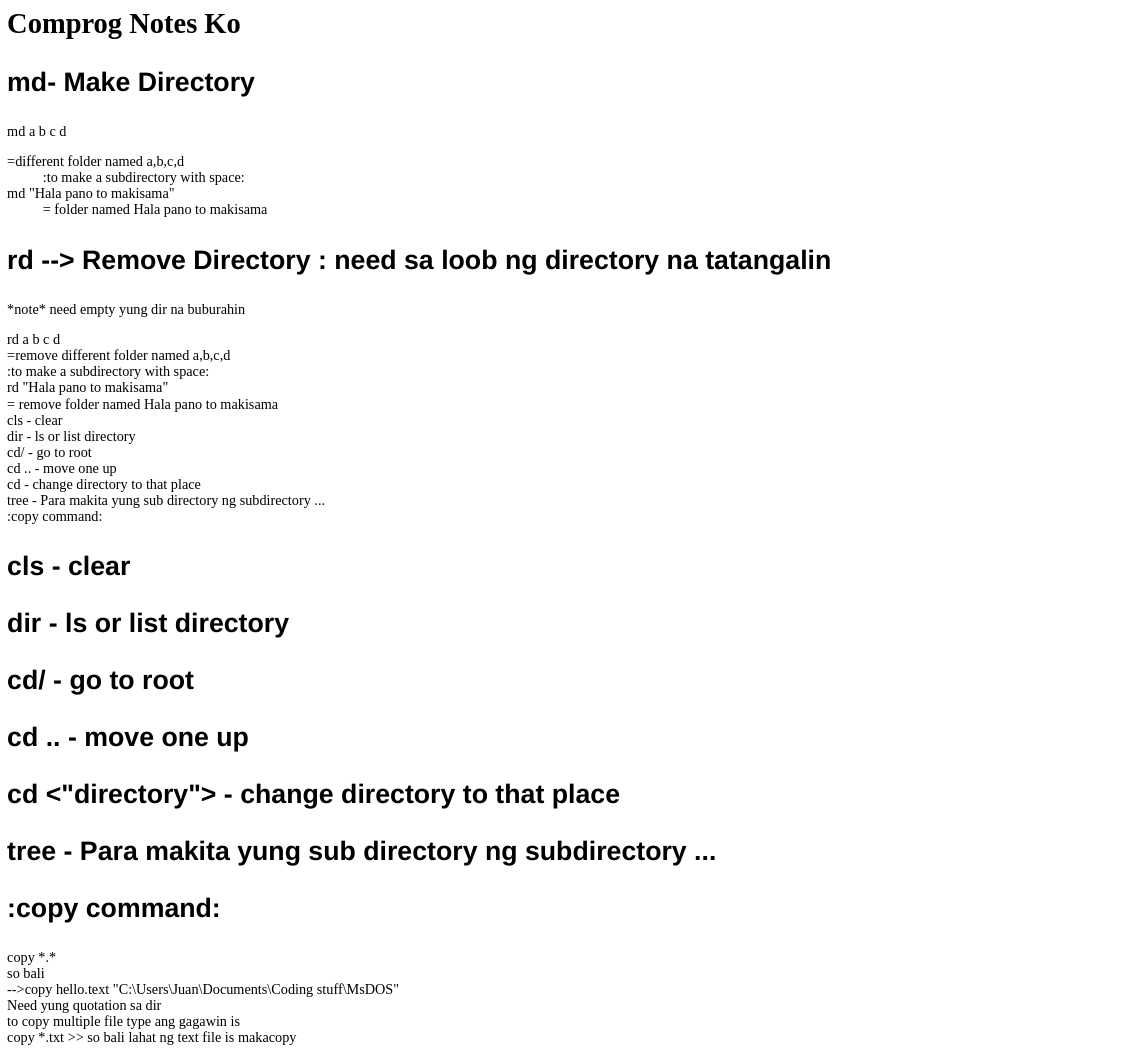
Repository: zwainer/Comprog
Page: index.html
The author's editor kept a copy of each file at every save. The page is drawn from the files as they stood at one save, then again after the next save.
The browser window is 1280 px wide. The pictures show the whole page, at 89% of full size.

Above is the page before, as saved 2023-05-05 22:19:04.

After the next save:
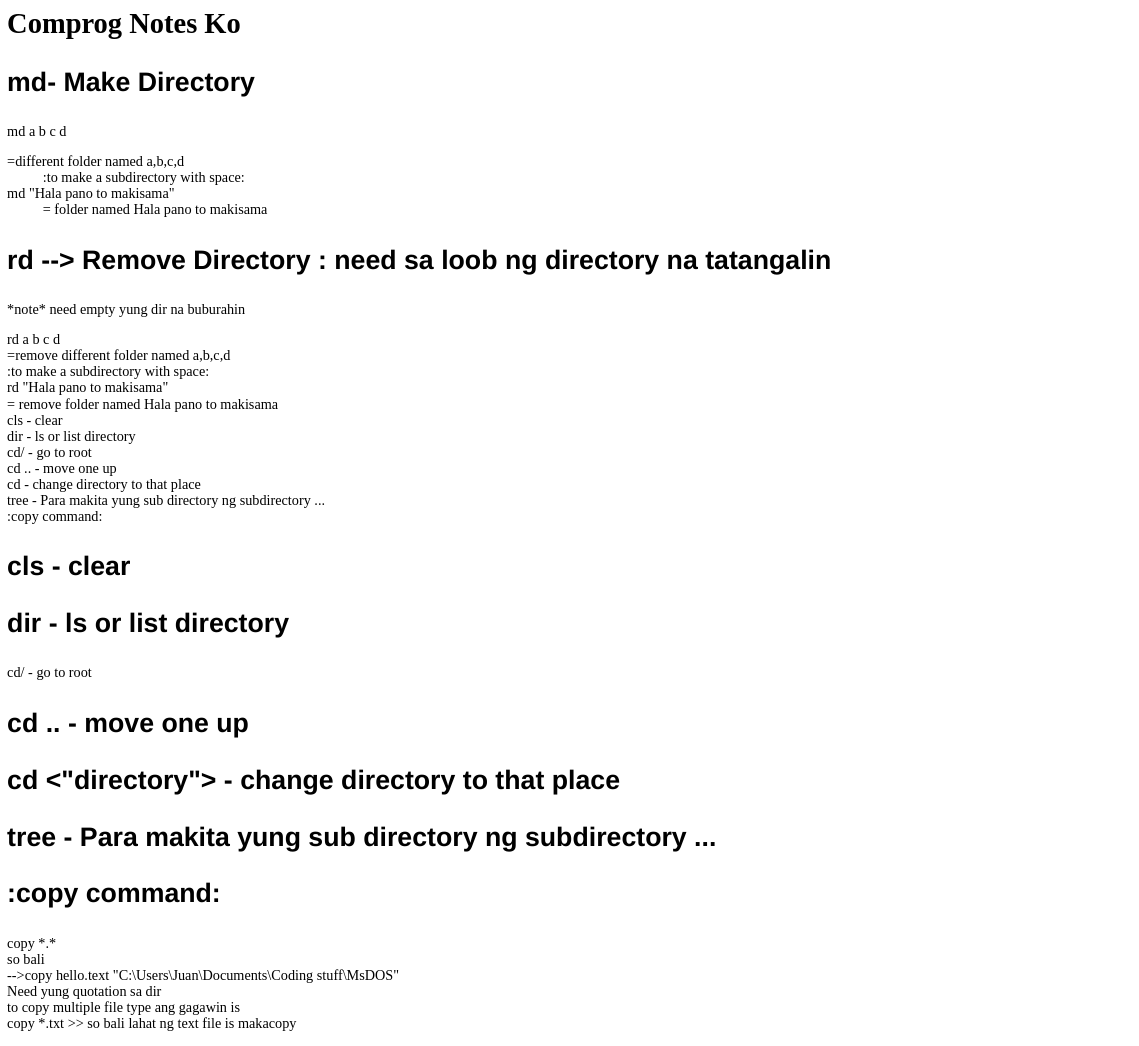
Saved 24 s later.
--- a/index.html
+++ b/index.html
@@ -58,7 +58,7 @@
 
 <p class="StartCommand">dir - ls or list directory<br/></p>
 
-<p class="StartCommand">cd/ - go to root<br/></p>
+<p >cd/ - go to root<br/></p>
 
 <p class="StartCommand">cd .. - move one up<br/></p>
 

After the save that followed:
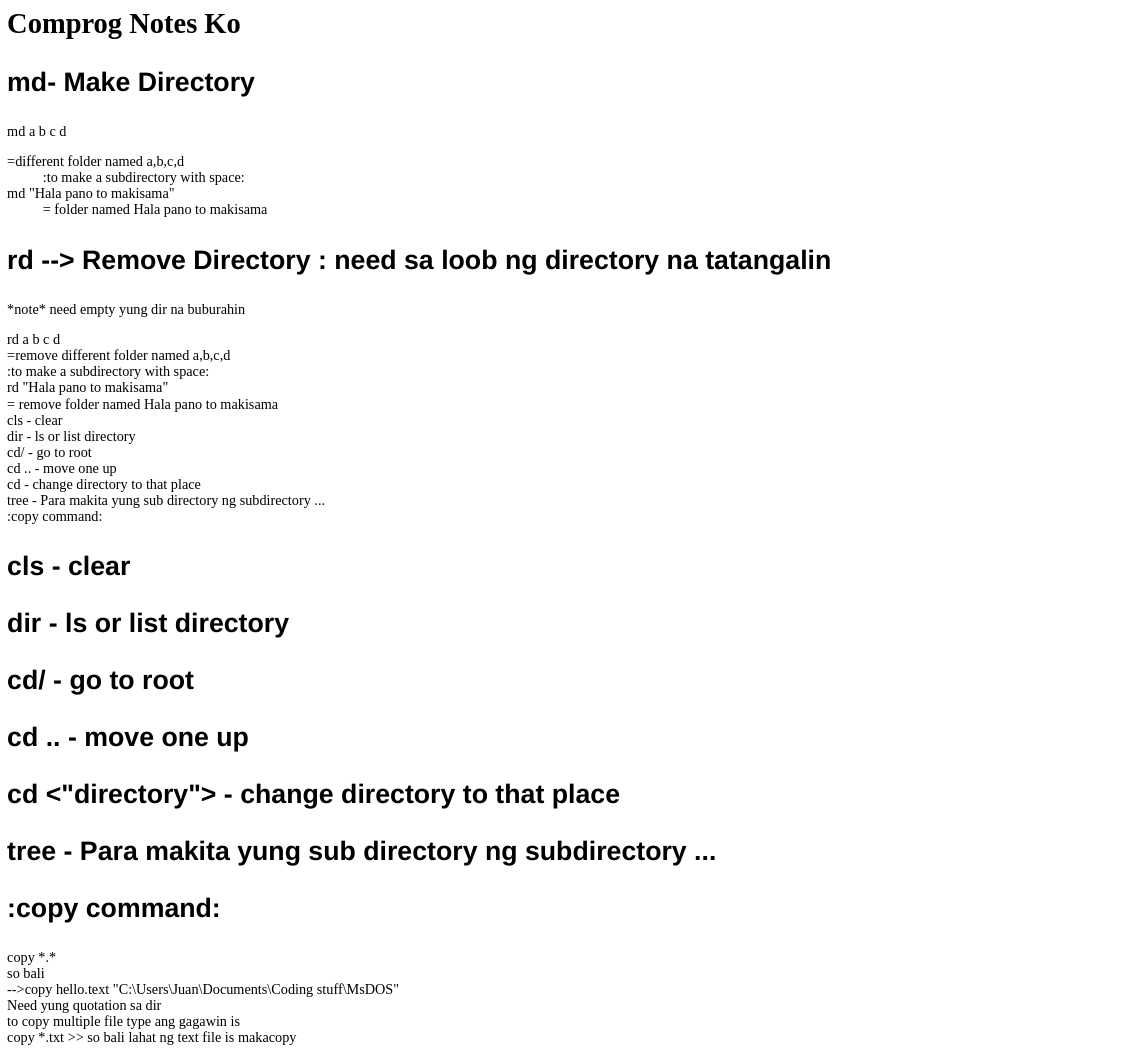
Saved 5 s later.
--- a/index.html
+++ b/index.html
@@ -58,7 +58,7 @@
 
 <p class="StartCommand">dir - ls or list directory<br/></p>
 
-<p >cd/ - go to root<br/></p>
+<p class="StartCommand">cd/ - go to root<br/></p>
 
 <p class="StartCommand">cd .. - move one up<br/></p>
 
